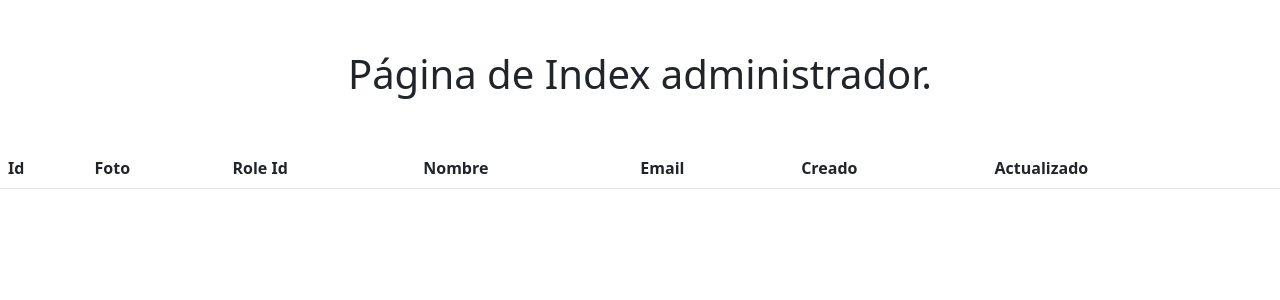
Repository: jfederg/AplicacionCompleta-Laravel-git
Page: http://localhost/admin/users
The author's editor kept a record of every edit. The page is drawn from the files as they stood at one moment, then again after the next edit.
The browser window is 1280 px wide. The pictures show the whole page.
The page is served by the project's Laravel application, run on PHP 8.4 with Laravel 8. Other server files are loaded and not shown. Queries for data that is not in the repository find no rows.

Above is the page before.

### AplicacionCompleta/routes/web.php
<?php

use Illuminate\Support\Facades\Route;

/*
|--------------------------------------------------------------------------
| Web Routes
|--------------------------------------------------------------------------
|
| Here is where you can register web routes for your application. These
| routes are loaded by the RouteServiceProvider within a group which
| contains the "web" middleware group. Now create something great!
|
*/

Route::get('/', function () {
    return view('welcome');
});

Auth::routes();

Route::get('/home', 'HomeController@index')->name('home');

Route::resource('admin/users','AdminUsersController');

### AplicacionCompleta/app/Http/Controllers/AdminUsersController.php
<?php

namespace App\Http\Controllers;

use Illuminate\Http\Request;

use App\User;

use App\Foto;

use Illuminate\Support\Facades\DB; //añadiendo esto modelo se puede usar el objeto DB para buscar información en la base de datos.

use Illuminate\Support\Facades\Session; //Con esto se importa el objeto session

class AdminUsersController extends Controller
{
    /**
     * Display a listing of the resource.
     *
     * @return \Illuminate\Http\Response
     */
    public function index()
    {

        //$users = DB::table('users')->get(); //así se usa el objeto DB para buscar información en la base de datos.

        $users=User::all(); //Aqui use el modelo User la ventaja es como hay relación con la tabla foto me entiende en
        //la página de blade que el id es un objeto con la información de ese id con la tabla foto.

        return view('admin.users.index',compact("users")); //la información recuperada se pasa en un array con el nombre users y con la información de $users.

        //return view('admin.users.index',['users' => $users]);

    }

    /**
     * Show the form for creating a new resource.
     *
     * @return \Illuminate\Http\Response
     */
    public function create()
    {
        //
        return view('admin.users.create');

    }

    /**
     * Store a newly created resource in storage.
     *
     * @param  \Illuminate\Http\Request  $request
     * @return \Illuminate\Http\Response
     */
    public function store(Request $request)
    {
        $entrada=$request->all();

        if($archivo=$request->file('foto_id')){

            $nombre=$archivo->getClientOriginalName();

            $archivo->move('images', $nombre);

            $foto=Foto::create(['ruta_foto' => $nombre]);

            $entrada['foto_id']=$foto->id;


        }

        $entrada['password']=bcrypt($request->password);

        User::create($entrada);


        //User::create($request->all());

        return redirect('/admin/users');

    }

    /**
     * Display the specified resource.
     *
     * @param  int  $id
     * @return \Illuminate\Http\Response
     */
    public function show($id)
    {
        //
    }

    /**
     * Show the form for editing the specified resource.
     *
     * @param  int  $id
     * @return \Illuminate\Http\Response
     */
    public function edit($id)
    {
        $user=User::findOrFail($id);

        return view('admin.users.edit',compact('user'));
    }

    /**
     * Update the specified resource in storage.
     *
     * @param  \Illuminate\Http\Request  $request
     * @param  int  $id
     * @return \Illuminate\Http\Response
     */
    public function update(Request $request, $id)
    {
        $user=User::findOrFail($id);

        $entrada=$request->all();

        if($archivo=$request->file('foto_id')){

            $nombre=$archivo->getClientOriginalName();

            $archivo->move('images', $nombre);

            $foto=Foto::create(['ruta_foto' => $nombre]);

            $entrada['foto_id']=$foto->id;

        }


        $user->update($entrada);


        return redirect('/admin/users');

    }

    /**
     * Remove the specified resource from storage.
     *
     * @param  int  $id
     * @return \Illuminate\Http\Response
     */
    public function destroy($id)
    {
        $user=User::findOrFail($id);

        $user->delete();

        Session::flash('usuario_borrado','El usuario ha sido borrado con éxito');

        return redirect('/admin/users');

    }
}

### AplicacionCompleta/app/User.php
<?php

namespace App;

use Illuminate\Contracts\Auth\MustVerifyEmail;
use Illuminate\Foundation\Auth\User as Authenticatable;
use Illuminate\Notifications\Notifiable;

class User extends Authenticatable
{
    use Notifiable;

    /**
     * The attributes that are mass assignable.
     *
     * @var array
     */
    protected $fillable = [
        'name', 'email', 'password', 'role_id', 'foto_id',
    ];

    /**
     * The attributes that should be hidden for arrays.
     *
     * @var array
     */
    protected $hidden = [
        'password', 'remember_token',
    ];

    /**
     * The attributes that should be cast to native types.
     *
     * @var array
     */
    protected $casts = [
        'email_verified_at' => 'datetime',
    ];

    public function role(){

        return $this->belongsTo('App\Role');

    }

    public function foto(){

        return $this->belongsTo('App\Foto');

    }
}

### AplicacionCompleta/resources/views/admin/users/index.blade.php
<!DOCTYPE html>
<html lang="{{ str_replace('_', '-', app()->getLocale()) }}">
    <head>
    <link href="https://cdn.jsdelivr.net/npm/bootstrap@5.1.3/dist/css/bootstrap.min.css" rel="stylesheet" integrity="sha384-1BmE4kWBq78iYhFldvKuhfTAU6auU8tT94WrHftjDbrCEXSU1oBoqyl2QvZ6jIW3" crossorigin="anonymous">

    <script src="https://cdn.jsdelivr.net/npm/bootstrap@5.1.3/dist/js/bootstrap.bundle.min.js" integrity="sha384-ka7Sk0Gln4gmtz2MlQnikT1wXgYsOg+OMhuP+IlRH9sENBO0LRn5q+8nbTov4+1p" crossorigin="anonymous"></script>

    </head>
    <body>

        @if(Session::has('usuario_borrado'))

            <p class="bg-danger">{{session('usuario_borrado')}}</p>

        @endif

        <h1 style="text-align:center ; margin: 50px 0 "> Página de Index administrador. </h1>

        <table width="600" class="table">
            <tr>
                <th>Id</th>
                <th>Foto</th>
                <th>Role Id</th>
                <th>Nombre</th>
                <th>Email</th>
                <th>Creado</th>
                <th>Actualizado</th>
            </tr>
            @if($users) <!--este if es cuando la tabla users esta vacia y la variable esta nula -->
            @foreach($users as $user)   <!--este forwach es para buscar en la información de la variable-->
                <tr>
                    <td>{{$user->id}}</td>
                    @if($user->foto)
                    <td><img src="/images/{{$user->foto->ruta_foto}}" width="150"/></td>
                    <!--<td>{{App\Foto::where('id', $user->foto_id )->select('ruta_foto')->get()}}</td> De esta forma tambien busco la información por medio de una consulta el problema es que devuelve un array -->
                    @else
                    <td><img src="/images/paisaje_nieve.jpg" width="150"/></td>
                    @endif
                    <td>{{$user->role_id}}</td>
                    <td><a href="{{route('users.edit',$user->id)}}">{{$user->name}}</a></td>
                    <td>{{$user->email}}</td>
                    <td>{{$user->created_at}}</td>
                    <td>{{$user->updated_at}}</td>
                </tr>
            @endforeach
            @endif
        </table>
    </body>
</html>

Loaded but not shown: AplicacionCompleta/app/Http/Controllers/Auth/LoginController.php (common file); AplicacionCompleta/app/Http/Controllers/Controller.php (common file); AplicacionCompleta/app/Http/Controllers/Auth/ConfirmPasswordController.php (common file)

After the next edit:
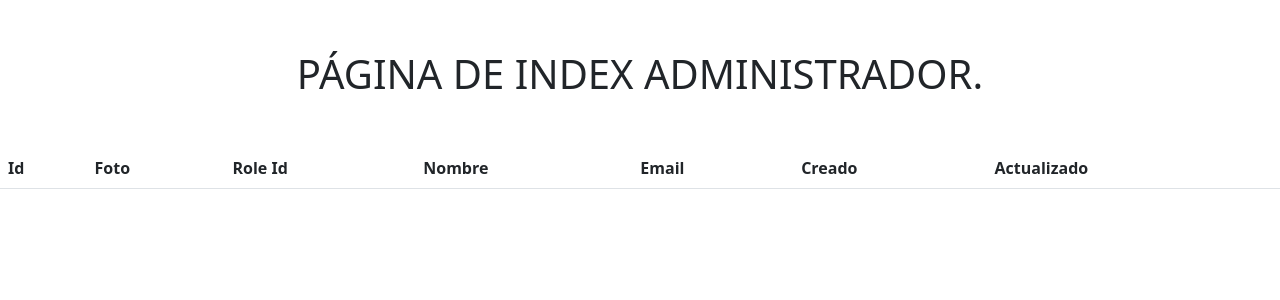
The edit:
--- a/AplicacionCompleta/resources/views/admin/users/index.blade.php
+++ b/AplicacionCompleta/resources/views/admin/users/index.blade.php
@@ -14,7 +14,7 @@
 
         @endif
 
-        <h1 style="text-align:center ; margin: 50px 0 "> Página de Index administrador. </h1>
+        <h1 style="text-align:center ; margin: 50px 0 "> PÁGINA DE INDEX ADMINISTRADOR. </h1>
 
         <table width="600" class="table">
             <tr>
